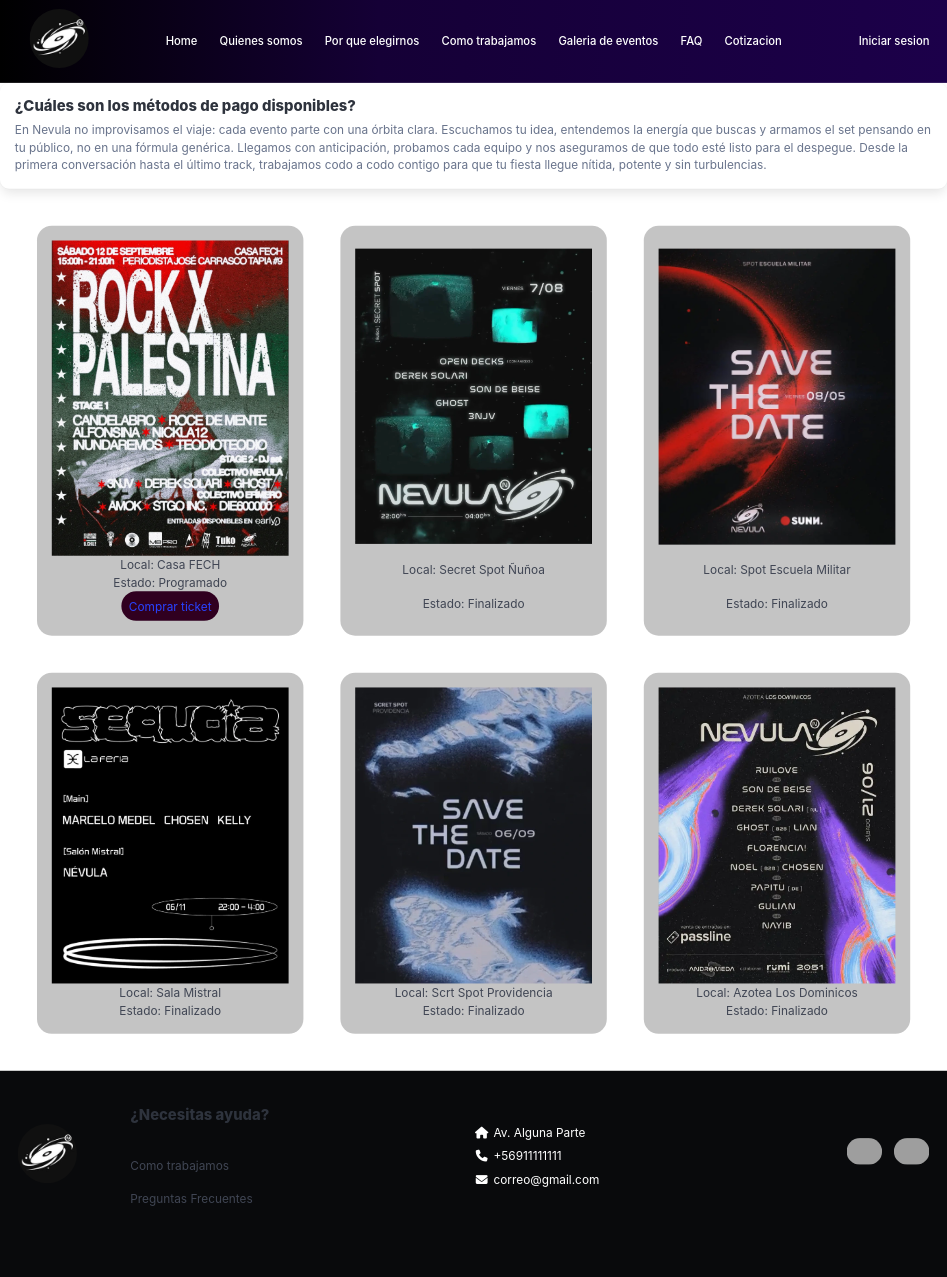
Repository: ChrisMalhue/PaginaNebula
Page: pages/eventos.html
The author's editor kept a copy of each file at every save. The page is drawn from the files as they stood at one save, then again after a run of saves.
The browser window is 1280 px wide. The pictures show the whole page, at 74% of full size.
Pictures or frames that could not be fetched are drawn as grey boxes.

Above is the page before, as saved 2026-09-09 21:49:02.

After the next 2 saves:
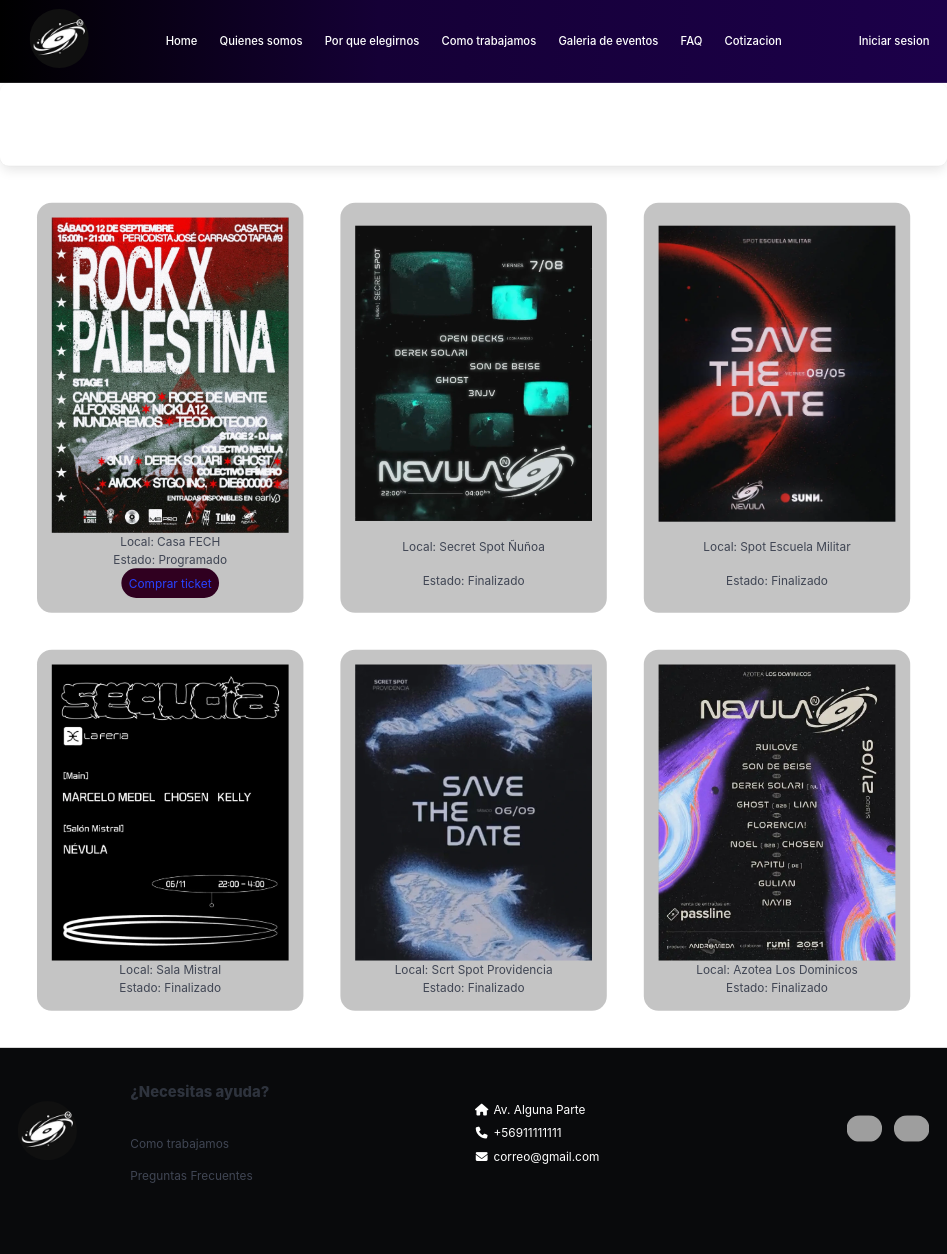
The 2 saves are shown as one change because they came seconds apart.
The last was saved 13 s later.
--- a/pages/eventos.html
+++ b/pages/eventos.html
@@ -14,8 +14,7 @@
     <section id="trabajamos">
 
         <div class="faq-item box mb-4">
-                <h3 class="faq-pregunta title is-5 mb-2">¿Cuáles son los métodos de pago disponibles?</h3>
-                <p class="faq-respuesta has-text-grey">
+                <p class="faq-respuesta has-text-white">
                     En Nevula no improvisamos el viaje: cada evento parte con una órbita clara. Escuchamos tu idea, entendemos la energía que buscas y armamos el set pensando en tu público, no en una fórmula genérica. Llegamos con anticipación, probamos cada equipo y nos aseguramos de que todo esté listo para el despegue. Desde la primera conversación hasta el último track, trabajamos codo a codo contigo para que tu fiesta llegue nítida, potente y sin turbulencias.
                 </p>
             </div>

After the save that followed:
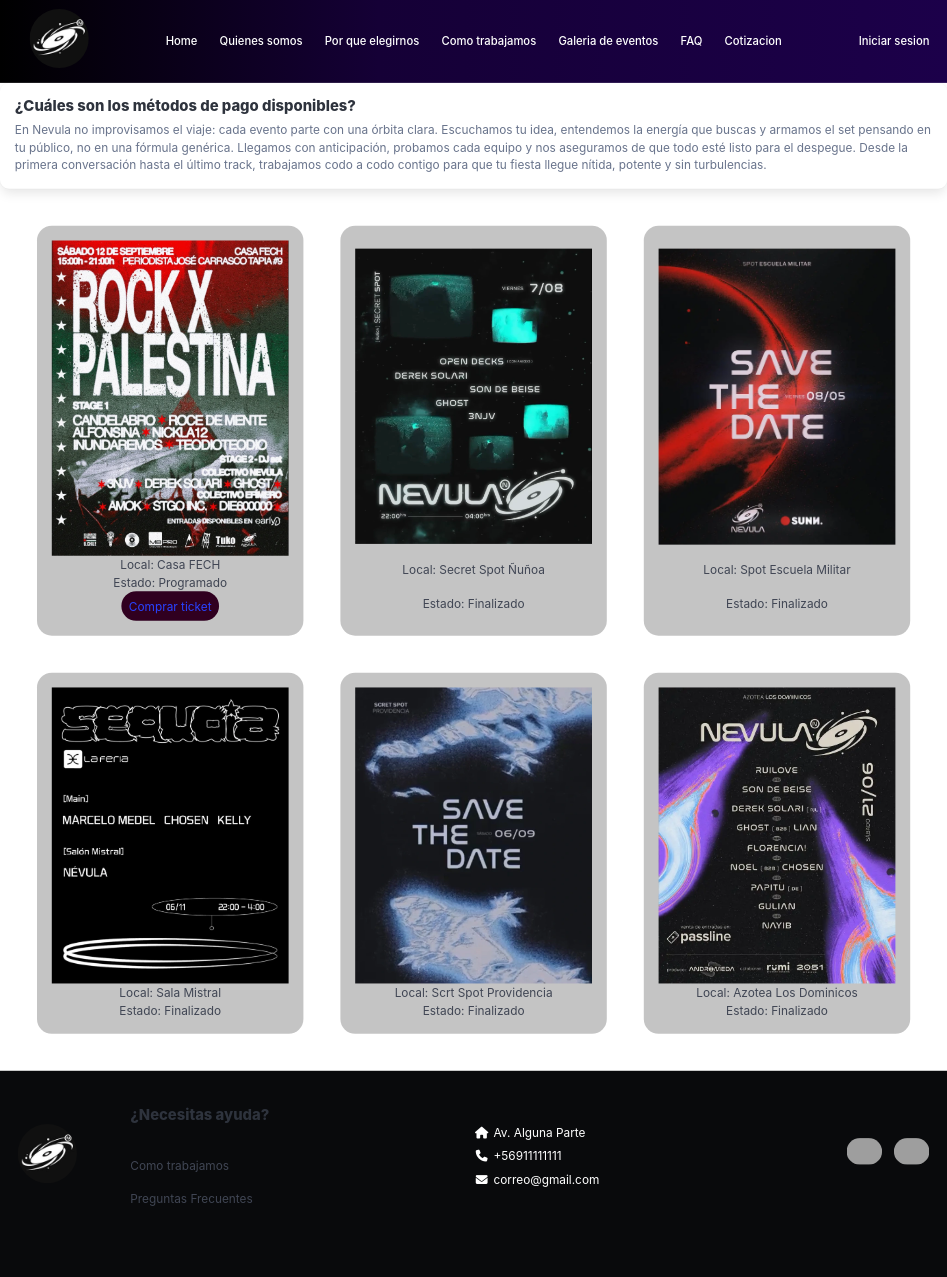
Saved 15 s later.
--- a/pages/eventos.html
+++ b/pages/eventos.html
@@ -14,10 +14,11 @@
     <section id="trabajamos">
 
         <div class="faq-item box mb-4">
-                <p class="faq-respuesta has-text-white">
+                <h3 class="faq-pregunta title is-5 mb-2">¿Cuáles son los métodos de pago disponibles?</h3>
+                <p class="faq-respuesta has-text-grey">
                     En Nevula no improvisamos el viaje: cada evento parte con una órbita clara. Escuchamos tu idea, entendemos la energía que buscas y armamos el set pensando en tu público, no en una fórmula genérica. Llegamos con anticipación, probamos cada equipo y nos aseguramos de que todo esté listo para el despegue. Desde la primera conversación hasta el último track, trabajamos codo a codo contigo para que tu fiesta llegue nítida, potente y sin turbulencias.
                 </p>
-            </div>
+        </div>
     </section>
 
     <section id="fotos">
